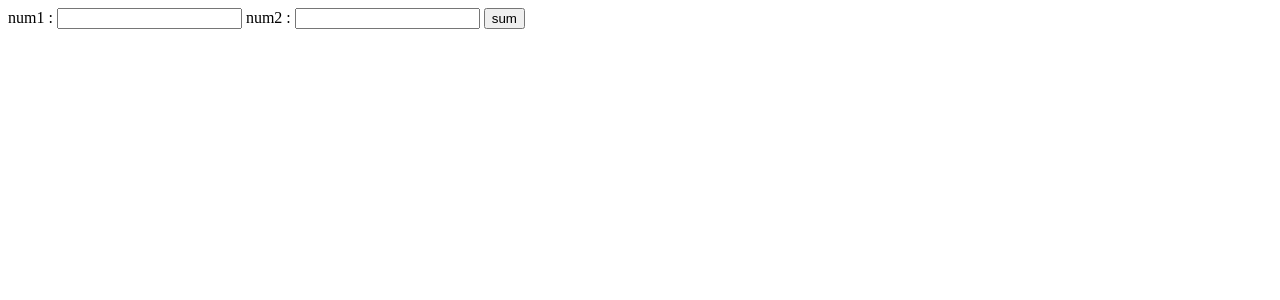
Repository: ionoffx00101/Bitworkspace
Page: brain/WebContent/17.01.18(/AdderInput.html
An editor plug-in stored every save of this project. The page is shown before and after the next save, followed by the edit.
The browser window is 1280 px wide. The pictures show the whole page.

Above is the page before, as saved 2017-01-16 06:36:53.

After the next save:
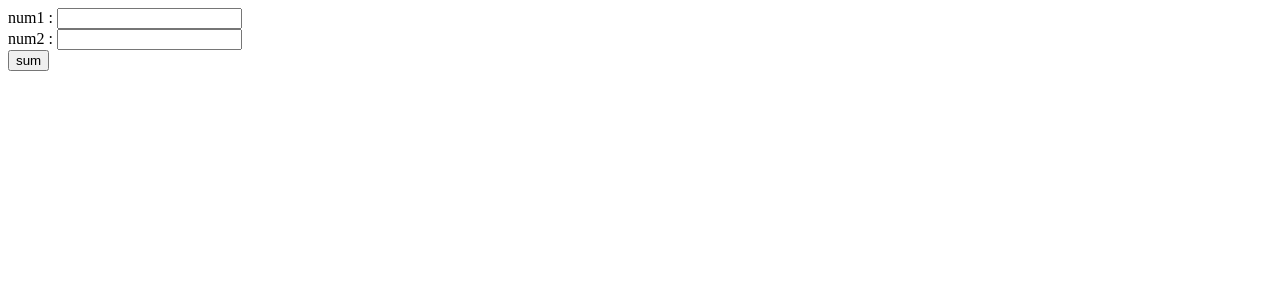
Saved 16 s later.
--- a/brain/WebContent/17.01.18(/AdderInput.html
+++ b/brain/WebContent/17.01.18(/AdderInput.html
@@ -7,8 +7,8 @@
 </head>
 <body>
 	<form action="/brain/adder">
-		 num1 : <input type="text" name="num1">
-		 num2 : <input type="text" name="num2">
+		 num1 : <input type="text" name="num1"><br>
+		 num2 : <input type="text" name="num2"><br>
 		 <input type="submit" value="sum">
 	</form>
 </body>
